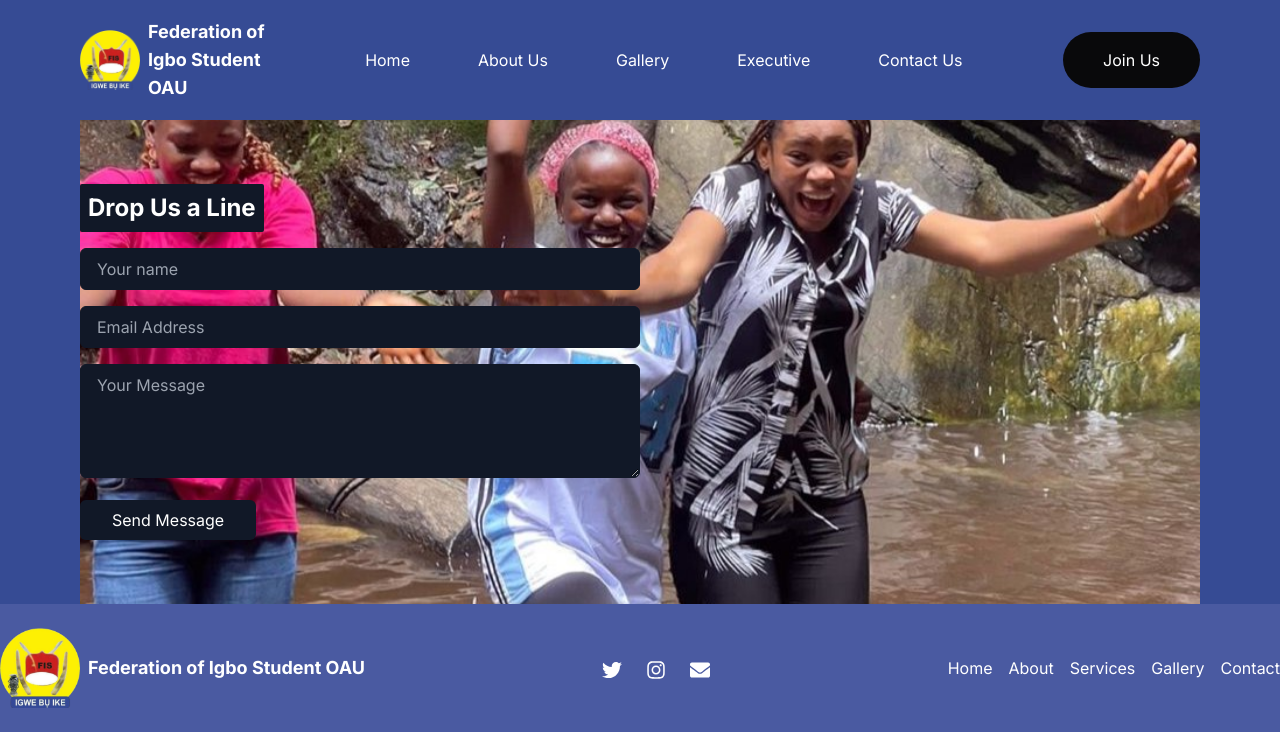
Repository: akinolapo/fis
Page: /Contact
An editor plug-in stored every save of this project. The page is shown before and after the next save, followed by the edit.
The browser window is 1280 px wide. The pictures show the whole page.
The project was rebuilt for these pictures with package versions that can differ from the ones it lists, and the page was loaded fresh each time. The framework's server and built-in components were replaced by stand-ins that run in the browser. Also part of the build but not shown: next.config.mjs.

Above is the page before, as saved 2024-05-06 19:26:11.

### app/layout.tsx
import type { Metadata } from "next";
import { Inter } from "next/font/google";
import "./globals.css";
import Header from "./components/Header/Header";
import Head from "next/head";
import Footer from "./components/Footer/Footer";
import { NavMobile } from "./components/Header/MobileNav/NavMobile";



const inter = Inter({ subsets: ["latin"] });

export const metadata: Metadata = {
  title: "Federation of Igbo Student OAU",
  description: "Federation of Igbo Student OAU",
};

export default function RootLayout({
  children,
}: Readonly<{
  children: React.ReactNode;
}>) {
  return (
    <html lang="en">
       <Head>
        <meta charSet="utf-8" />
        <meta name="viewport" content="width=device-width, initial-scale=1" />
        <meta name="theme-color" content="#ffffff" />
        <link rel="manifest" href="/site.webmanifest" />
        <link rel="icon" href="/favicon.ico" />
        {/* Add any other meta tags you need */}
      </Head>
      <body className={inter.className}>
        <main className="px-6 lg:px-20">
        <Header/>
        <NavMobile/>
        {children}
        </main>
        <Footer/>
        </body>
    </html>
  );
}

### app/Contact/page.tsx
import React from 'react'

const page = () => {
  return (
       <div
       className="bg-cover bg-center relative"
       style={{
        padding: 0,
        backgroundImage: `url('/images/contact.jpg')`,
      }}
       >
      {/* Contact form */}
      <div className="container mx-auto py-16">
        <div className="flex flex-col md:flex-row">
          {/* Contact form */}
          <div className="md:w-1/2">
            <h2 className="text-2xl font-bold mb-4 bg-gray-900 w-fit p-2 rounded-sm">Drop Us a Line</h2>
            <form>
              <div className="mb-4">
                <input
                  type="text"
                  id="name"
                  name="name"
                  placeholder='Your name'
                  className="w-full border border-gray-900 rounded-md px-4 py-2 bg-gray-900 text-white"
                />
              </div>
              <div className="mb-4">
                <input
                  type="email"
                  id="email"
                  name="email"
                  placeholder='Email Address'
                  className="w-full border border-gray-900 rounded-md px-4 py-2 bg-gray-900 text-white"
                />
              </div>
              <div className="mb-4">
                <textarea
                  id="message"
                  name="message"
                  rows={4}
                  placeholder='Your Message'
                  className="w-full border border-gray-900 rounded-md px-4 py-2 bg-gray-900 text-white"
                ></textarea>
              </div>
              <button
                type="submit"
                className="bg-gray-900 text-white px-8 py-2 rounded-md hover:bg-gray-950 transition-colors duration-300"
              >
                Send Message
              </button>
            </form>
          </div>
          {/* Contact form ends */}
        </div>
      </div>
    </div>
  )
}

export default page

### app/globals.css
@tailwind base;
@tailwind components;
@tailwind utilities;z

*{
  margin: 0;
  padding: 0;
}

.bg-myDarkColor{
  background-color: #364B94;
}

.bg-myLightColor{
  background-color: #4A5AA1;
}

body {
  background: #364B94 !important;
  color: #ffffff !important;
}

footer{
  background: #4A5AA1 !important;
}

a {
  text-decoration: none !important;
  color: #ffffff !important;
}

footer a:hover{
  color: rgb(156 163 175);
}

@layer utilities {
  .text-balance {
    text-wrap: balance;
  }
}

### app/components/Header/Header.tsx
import Image from "next/image";

const Header = () => {
  return (
    <header className="hidden justify-between items-center py-4 text-white lg:flex">
      {/* Logo and Site Title */}
      <div className="flex items-center">
        <Image src="/logo.png" alt="Logo" width={60} height={60} className="mr-2"  />
        <h1 className="text-lg font-bold">Federation of <br></br>Igbo Student<br></br> OAU</h1>
      </div>

      {/* Menu */}
      <nav className="flex justify-center flex-grow">
        <ul className="flex gap-1">
          <a href="/"><li className="cursor-pointer hover:text-gray-400 p-8">Home</li></a>
          <a href="/about"><li className="cursor-pointer hover:text-gray-400 p-8">About Us</li></a>
          <a href="/gallery"><li className="cursor-pointer hover:text-gray-400 p-8">Gallery</li></a>
          <a href="/executive"><li className="cursor-pointer hover:text-gray-400 p-8">Executive</li></a>
          <a href="contact"><li className="cursor-pointer hover:text-gray-400 p-8">Contact Us</li></a>
        </ul>
      </nav>

      {/* Join Us Button */}
      <button className="rounded-full py-4 px-10 bg-zinc-950 hover:bg-black text-white">
        Join Us
      </button>
    </header>
  );
};

export default Header;

### app/components/Footer/Footer.tsx
// Footer.tsx

import { FaTwitter, FaInstagram, FaEnvelope } from "react-icons/fa";

const Footer = () => {
  return (
    <footer className="text-white py-6">
      <div className="container mx-auto flex flex-col md:flex-row justify-between items-center">
        {/* Left section with logo, site title, and contact info */}
        <div className="flex items-center mb-4 md:mb-0">
          <img src="/logo.png" alt="Logo" className="h-20 mr-2" />
          <div className="text-lg font-bold">Federation of Igbo Student OAU</div>
        </div>
        <div>
          {/* <h3>Contact Us</h3> */}
          <div className="flex flex-col">
            <div className="flex items-center mt-1">
              <a
                href="https://twitter.com/"
                target="_blank"
                rel="noopener noreferrer"
                className="mr-2 text-white bg-primary p-2 rounded-full"
              >
                <FaTwitter className="text-xl" />
              </a>
              <a
                href="https://www.instagram.com/"
                target="_blank"
                rel="noopener noreferrer"
                className="mr-2 text-white bg-primary p-2 rounded-full"
              >
                <FaInstagram className="text-xl" />
              </a>
              <a
                href="mailto:example@example.com"
                target="_blank"
                rel="noopener noreferrer"
                className="text-white bg-primary p-2 rounded-full"
              >
                <FaEnvelope className="text-xl" />
              </a>
            </div>
          </div>
        </div>

        {/* Right section with site menu items */}
        <div className="md:hidden mt-4">
          <ul className="flex flex-wrap justify-center">
            <li className="mr-4 mb-2">
              <a href="#">Home</a>
            </li>
            <li className="mr-4 mb-2">
              <a href="#">About</a>
            </li>
            <li className="mr-4 mb-2">
              <a href="#">Services</a>
            </li>
            <li className="mr-4 mb-2">
              <a href="#">Gallery</a>
            </li>
            <li className="mb-2">
              <a href="#">Contact</a>
            </li>
          </ul>
        </div>
        {/* Right section with site menu items */}
        <div className="hidden md:block">
          <ul className="flex">
            <li className="mr-4">
              <a href="#">Home</a>
            </li>
            <li className="mr-4">
              <a href="#">About</a>
            </li>
            <li className="mr-4">
              <a href="#">Services</a>
            </li>
            <li className="mr-4">
              <a href="#">Gallery</a>
            </li>
            <li>
              <a href="#">Contact</a>
            </li>
          </ul>
        </div>
      </div>
    </footer>
  );
};

export default Footer;

### app/components/Header/MobileNav/NavMobile.tsx
'use client'

import { useClickAway } from "react-use";
import { useRef } from "react";
import { useState } from "react";
import { AnimatePresence, motion } from "framer-motion";
import { Squash as Hamburger } from "hamburger-react";
import { routes } from "./routes";
import Image from "next/image";

export const NavMobile = () => {
  const [isOpen, setOpen] = useState(false);
  const ref = useRef(null);

  useClickAway(ref, () => setOpen(false));

  return (
    <div ref={ref} className="flex items-center justify-between py-2 lg:hidden">
      <Image src="/logo.png" alt="Logo" width={60} height={60} className="mr-2"  />
      <Hamburger toggled={isOpen} size={20} toggle={setOpen} />
      <AnimatePresence>
        {isOpen && (
          <motion.div
            initial={{ opacity: 0 }}
            animate={{ opacity: 1 }}
            exit={{ opacity: 0 }}
            transition={{ duration: 0.2 }}
            className="fixed z-20 bg-myDarkColor left-0 shadow-4xl right-0 top-[4.5rem] p-4"
          >
            <ul className="grid gap-2">
              {routes.map((route, idx) => {

                return (
                  <motion.li
                    initial={{ scale: 0, opacity: 0 }}
                    animate={{ scale: 1, opacity: 1 }}
                    transition={{
                      type: "spring",
                      stiffness: 260,
                      damping: 20,
                      delay: 0.1 + idx / 10,
                    }}
                    key={route.title}
                    className="w-full p-[0.08rem] rounded-xl bg-primary "
                  >
                    <a
                      onClick={() => setOpen((prev) => !prev)}
                      className={
                        "flex items-center justify-between w-full p-3 rounded-xl bg-myLightColor text-white"
                      }
                      href={route.href}
                    >
                      <span className="flex gap-1 text-lg">{route.title}</span>
                    </a>
                  </motion.li>
                );
              })}
            </ul>
          </motion.div>
        )}
      </AnimatePresence>
    </div>
  );
};

### app/components/Header/MobileNav/routes.ts
export const routes = [
    {
      title: "Home",
      href: "#",
    },
    {
      title: "About Us",
      href: "#",
    },
    {
      title: "Gallery",
      href: "#",
    },
    {
      title: "Executive",
      href: "#",
    },
    {
      title: "Contact Us",
      href: "#",
    },
    {
      title: "Join Us",
      href: "#",
    },
  ];

Loaded but not shown: tailwind.config.ts (common file)

After the next save:
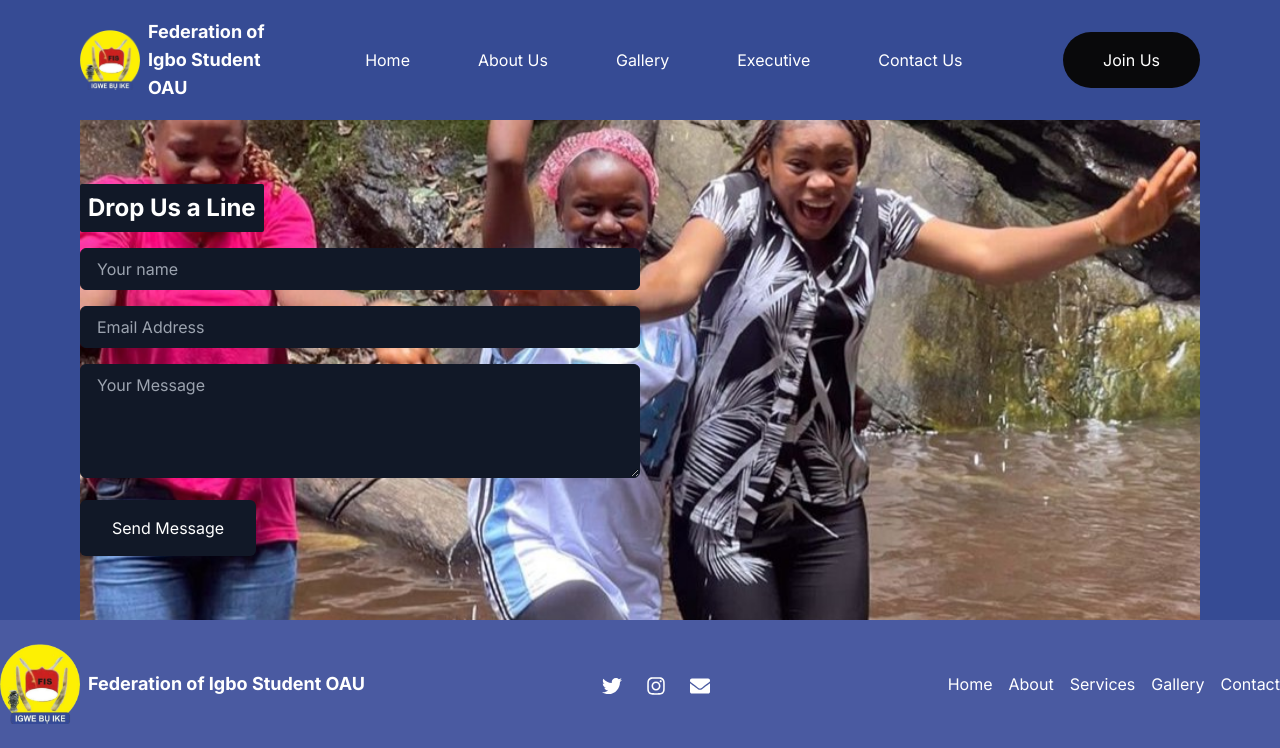
Saved 7 s later.
--- a/app/Contact/page.tsx
+++ b/app/Contact/page.tsx
@@ -45,7 +45,7 @@ const page = () => {
               </div>
               <button
                 type="submit"
-                className="bg-gray-900 text-white px-8 py-2 rounded-md hover:bg-gray-950 transition-colors duration-300"
+                className="bg-gray-900 text-white px-8 py-4 rounded-md hover:bg-gray-950 transition-colors duration-300"
               >
                 Send Message
               </button>
